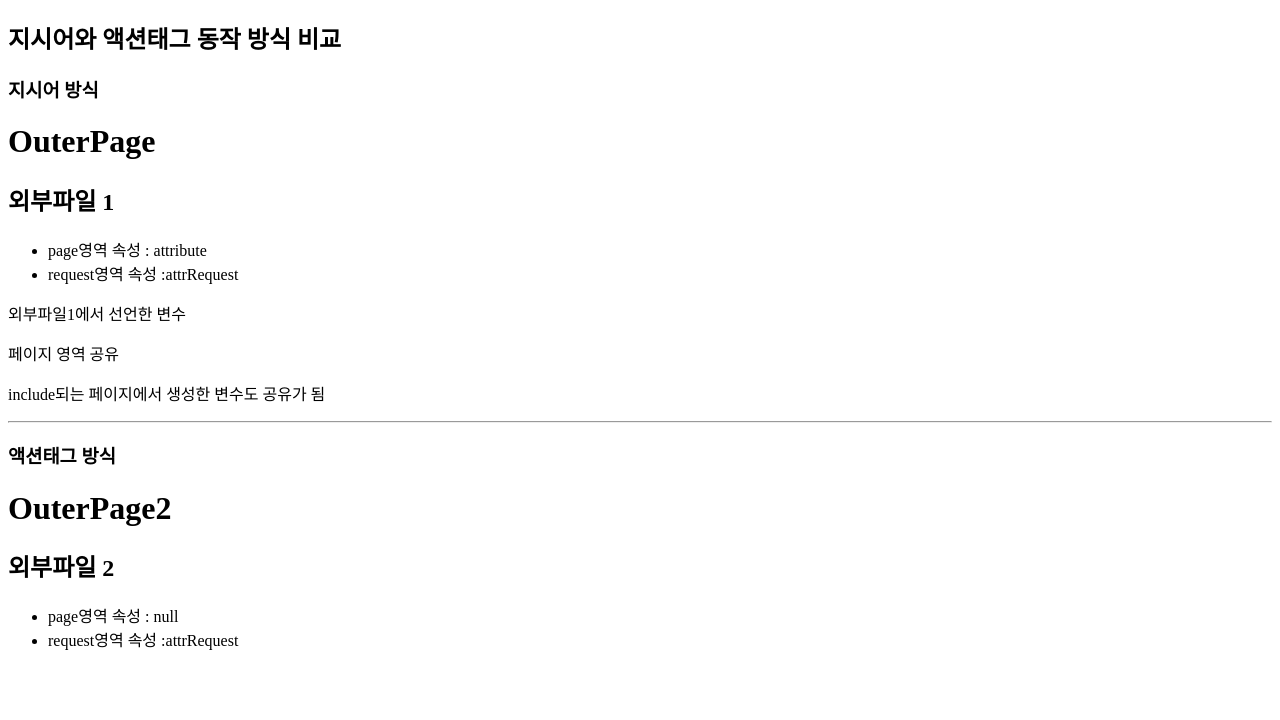
Repository: cheez0909/JSP
Page: http://localhost/1103/actionTag/includeMain.jsp
These files come from the project's save history. The page is drawn as it stood at one moment and after the next save; the edit follows.
The browser window is 1280 px wide. The pictures show the whole page.
The page is served by Tomcat 9.

Above is the page before, as saved 2023-11-09 07:55:35.

After the next save:
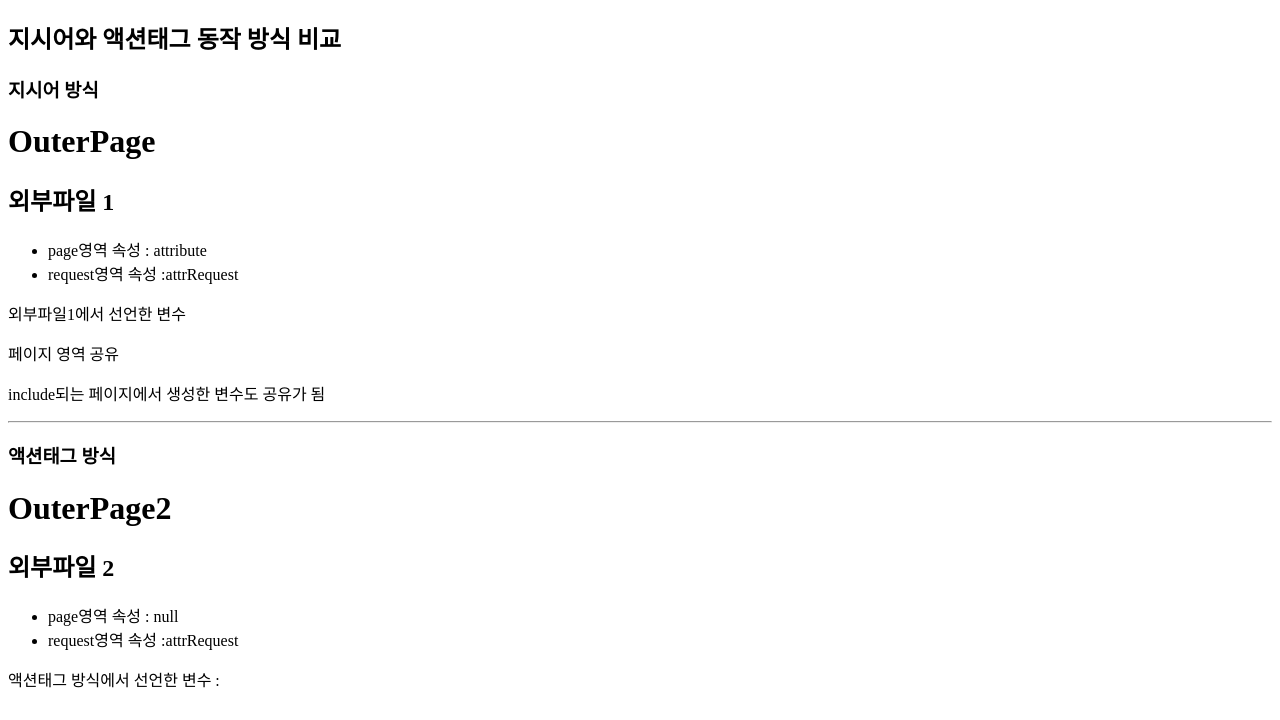
Saved 21 s later.
--- a/1103/src/main/webapp/actionTag/includeMain.jsp
+++ b/1103/src/main/webapp/actionTag/includeMain.jsp
@@ -20,6 +20,6 @@
 <hr>
 <h3>액션태그 방식</h3>
 <jsp:include page="inc/OuterPage2.jsp"></jsp:include>
-
+액션태그 방식에서 선언한 변수 : <%--=newVar2 --%>
 </body>
 </html>
